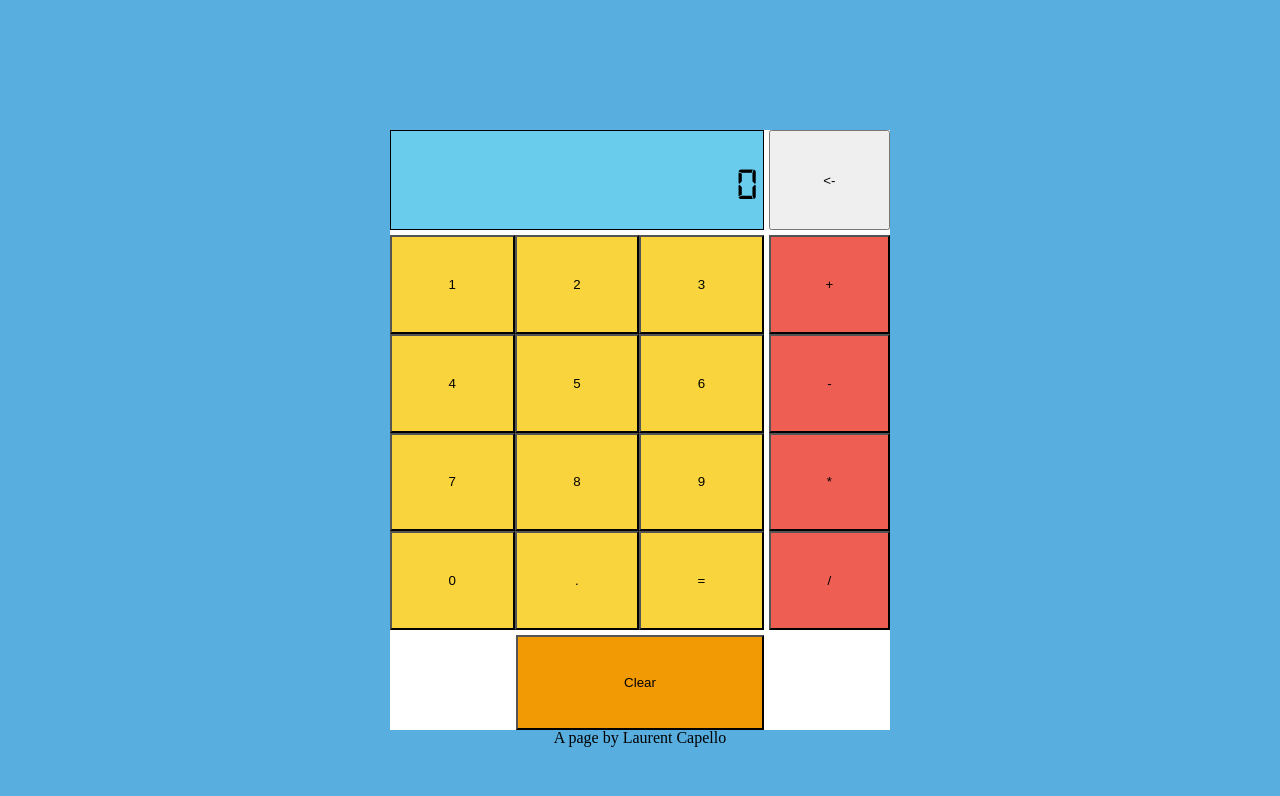
Repository: sokafootball/js-calculator
Page: index.html
The author's editor kept a copy of each file at every save. The page is drawn from the files as they stood at one save, then again after the next save.
The browser window is 1280 px wide. The pictures show the whole page.

Above is the page before, as saved 2020-05-06 19:37:17.

After the next save:
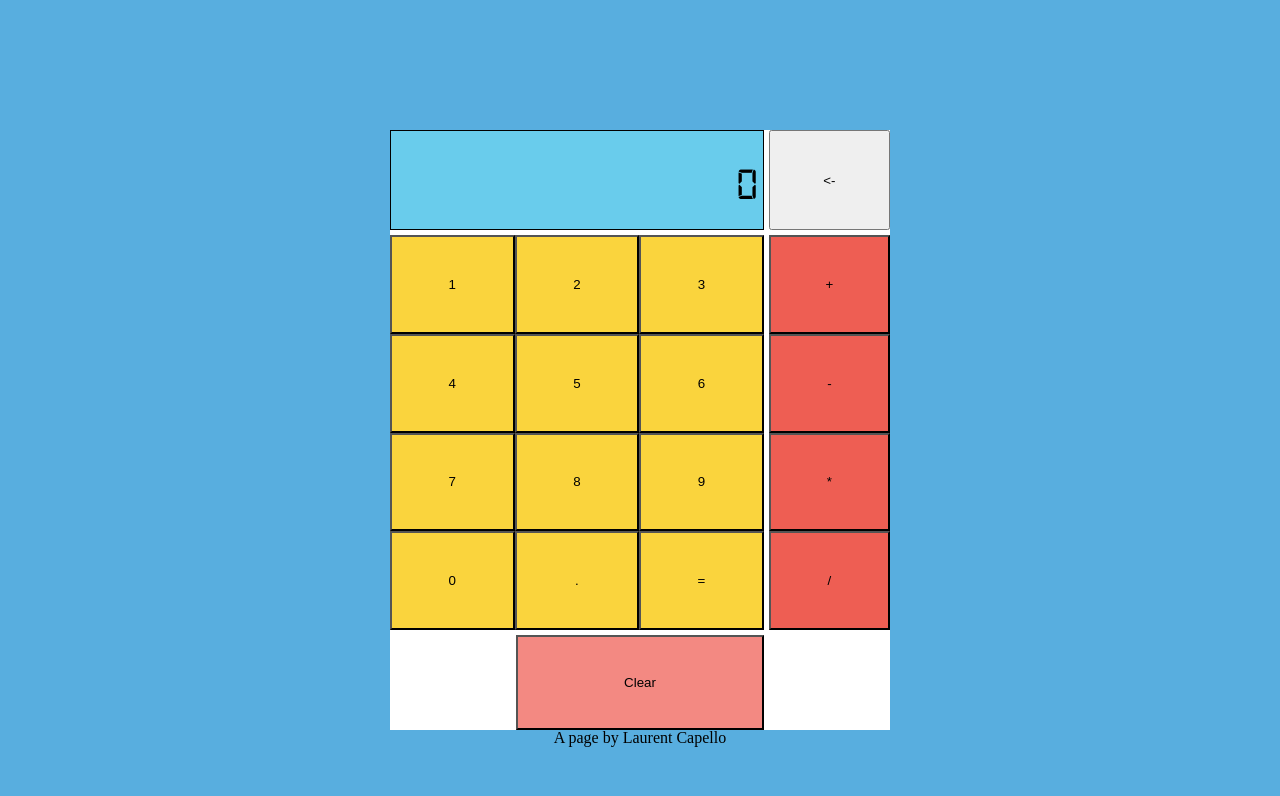
Saved 47 s later.
--- a/style.css
+++ b/style.css
@@ -33,7 +33,7 @@ body{
 }
 
 #clear-button{
-  background-color: hsl(38, 97%, 48%);
+  background-color: hsl(4, 82%, 73%);
   grid-area: clear;
 }
 

After the save that followed:
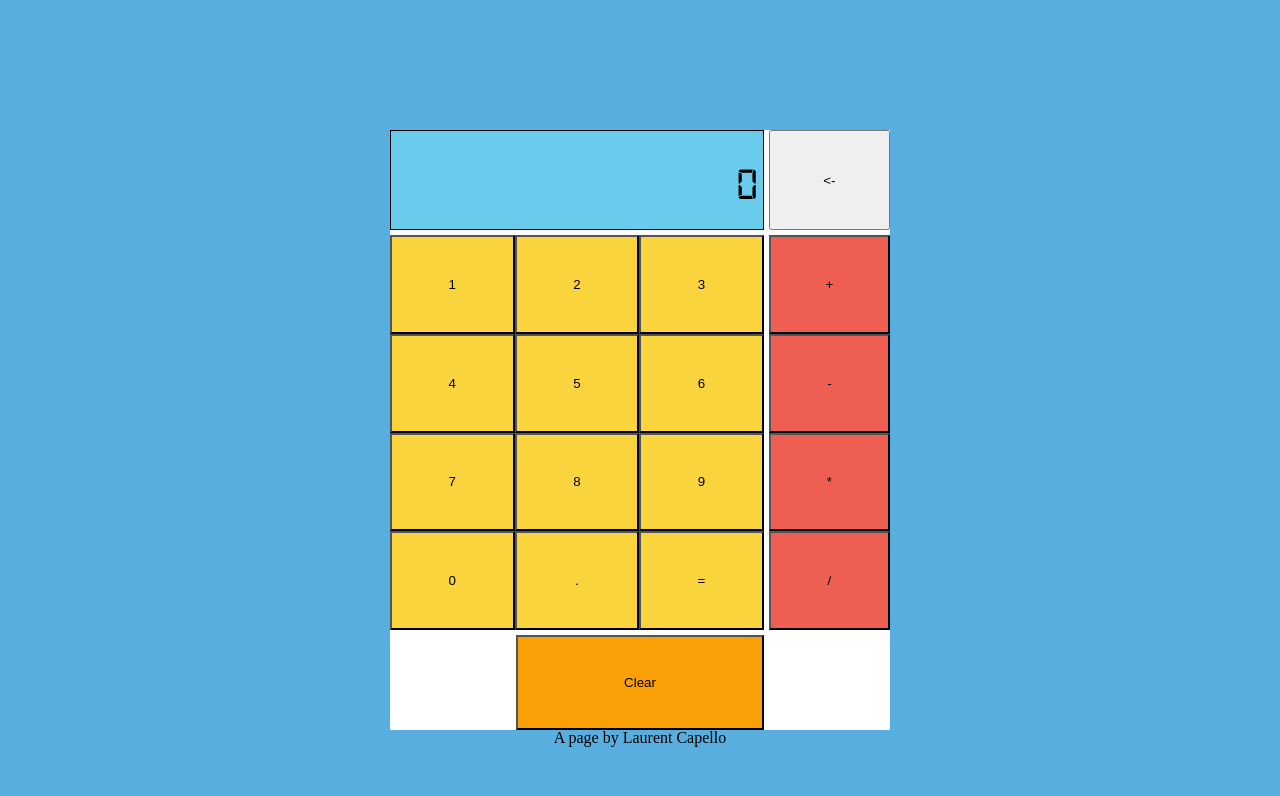
Saved 66 s later.
--- a/style.css
+++ b/style.css
@@ -33,7 +33,7 @@ body{
 }
 
 #clear-button{
-  background-color: hsl(4, 82%, 73%);
+  background-color: hsl(38, 95%, 50%);
   grid-area: clear;
 }
 
